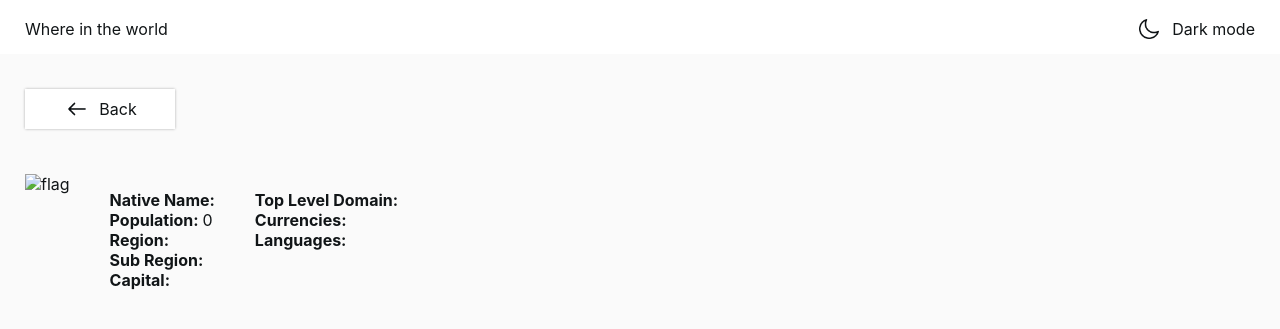
Repository: faithandjs/rest-countries-api
Page: /details
These files come from the project's save history. The page is drawn as it stood at one moment and after the next save; the edit follows.
The browser window is 1280 px wide. The pictures show the whole page.
The page's requests for data from a server got no answer. The project was rebuilt for these pictures with package versions that can differ from the ones it lists, and the page was loaded fresh each time. No one was signed in, and anything a server would have sent is missing. Also part of the build but not shown: src/components/home.tsx.

Above is the page before, as saved 2022-04-15 16:39:47.

After the next save:
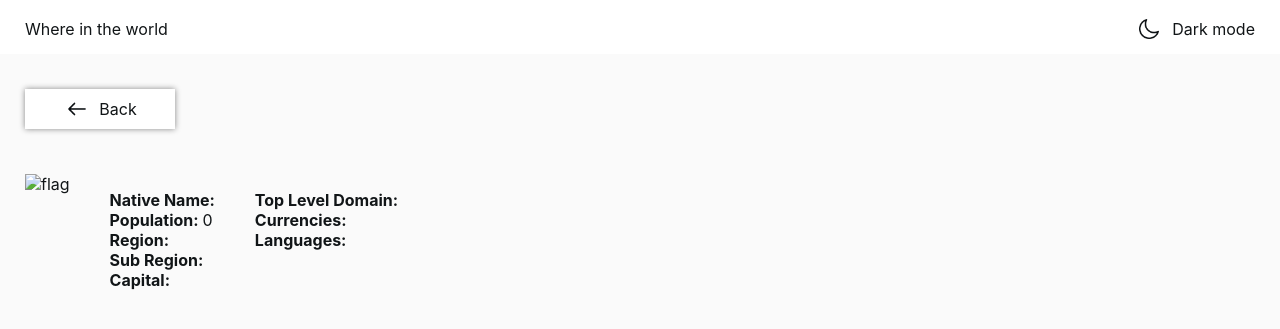
Saved 19 s later.
--- a/src/components/style/style.scss
+++ b/src/components/style/style.scss
@@ -19,10 +19,10 @@ $shadow: 0px 0px 1px 0.2px ;
             background-color: $element;
         }
         .border div{
-            box-shadow: 0px 0px 3px 0.2px $shadowColor;
+            box-shadow: 0px 0px 3px 0.1px $shadowColor;
         }
         .back{
-            box-shadow: 0px 0px 3px 0.1px $shadowColor;
+            box-shadow: 0px 0px 6px 0.2px $shadowColor;
         }
     }
     .home{
